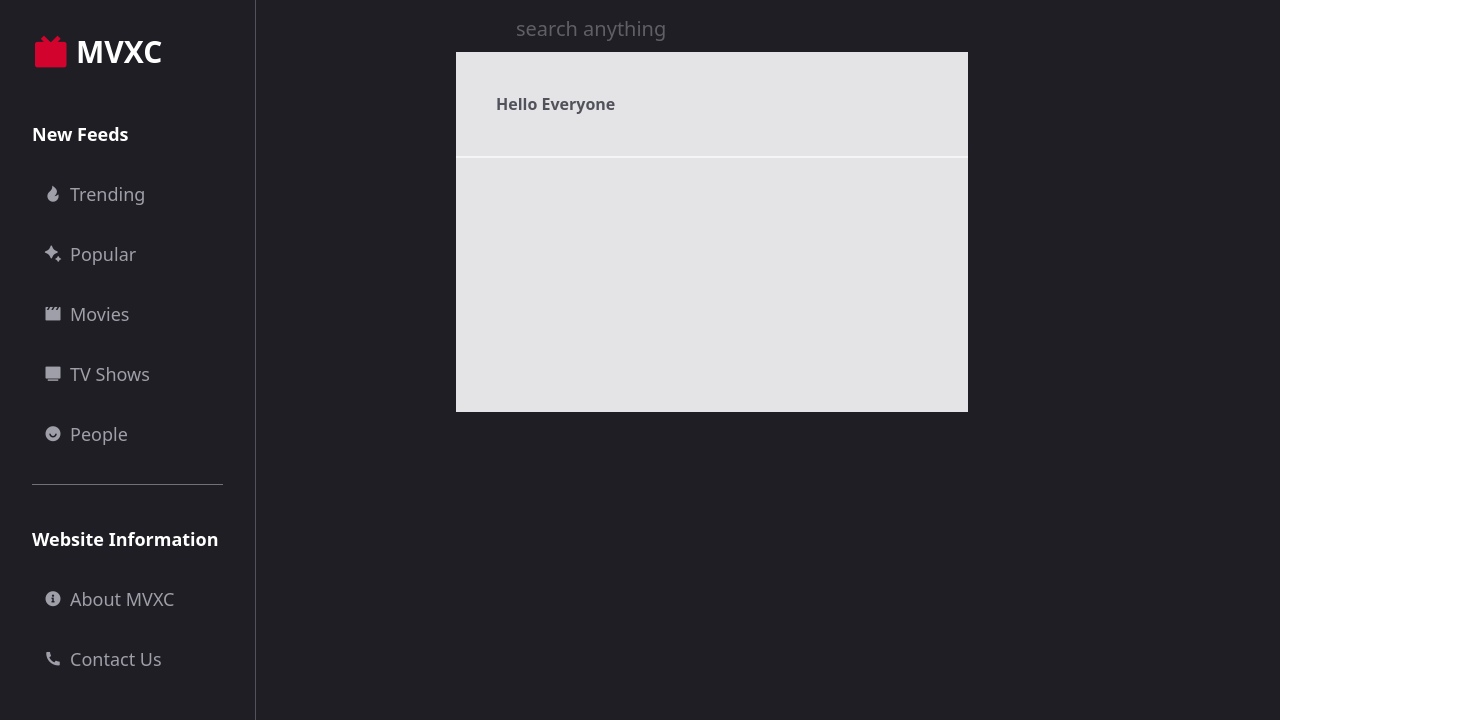
Repository: Csiddharth7906/MovieAppUpdatedVersion
Page: / (app in MVXC-MovieWebApplication/)
These files come from the project's save history. The page is drawn as it stood at one moment and after the next save; the edit follows.
The browser window is 1280 px wide. The page is 1480 px wide, then 1280 px, so the pictures cover 1480 px, including what lies to the right of the window. The pictures show the whole page.
Some web libraries are served in a nearby version. The project was rebuilt for these pictures with package versions that can differ from the ones it lists, and the page was loaded fresh each time. Also part of the build but not shown: MVXC-MovieWebApplication/vite.config.js.

Above is the page before, as saved 2025-06-17 10:22:40.

After the next save:
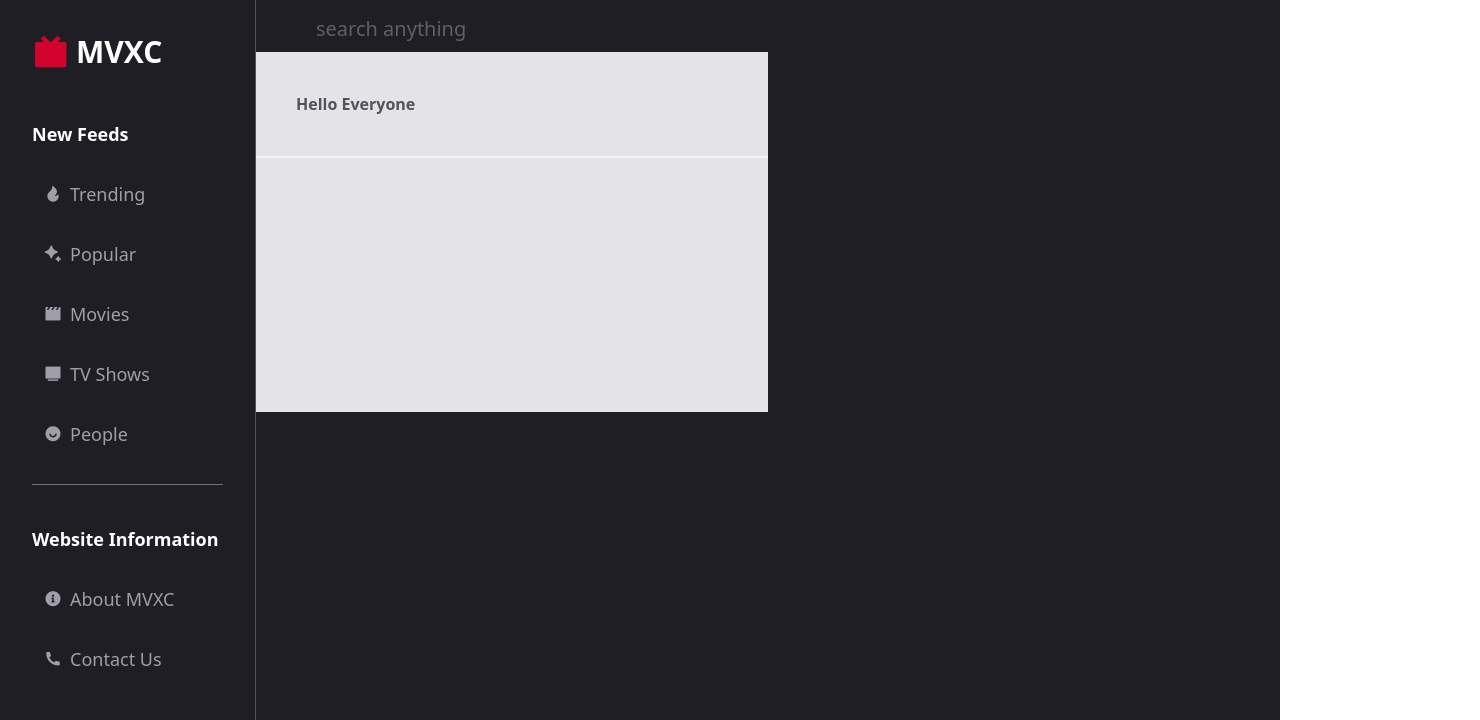
Saved 11 s later.
--- a/MVXC-MovieWebApplication/src/templates/Topnav.jsx
+++ b/MVXC-MovieWebApplication/src/templates/Topnav.jsx
@@ -5,7 +5,7 @@ const Topnav = () => {
   const [query, setquery] = useState("");
   console.log(query)
   return (
-    <div className="w-full h-[8vh] relative flex justify-start ml-50 items-center">
+    <div className="w-full h-[8vh] relative flex justify-start  items-center">
       <i classname="text-zinc-400 text-3xl ri-search-line"></i>
       <input
         onChange={(e)=> setquery(e.target.value)}
